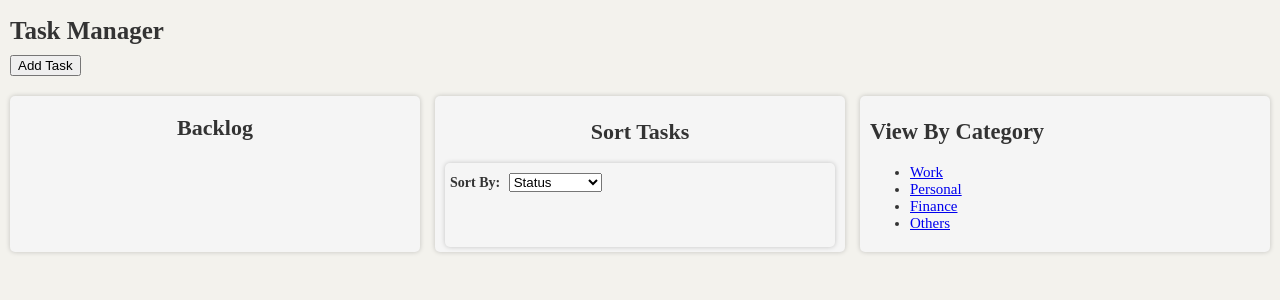
Repository: n-shen/task-tracker
Page: / (app in frontend/)
An editor plug-in stored every save of this project. The page is shown before and after the next save, followed by the edit.
The browser window is 1280 px wide. The pictures show the whole page.
The project was rebuilt for these pictures with package versions that can differ from the ones it lists, and the page was loaded fresh each time. Also part of the build but not shown: frontend/src/components/taskManager/addTask.jsx, frontend/src/components/tasks/task.jsx, frontend/src/components/taskManager/categoryTasks.jsx. Imported but missing from the stored project, and not drawn on this page: frontend/src/reportWebVitals.

Above is the page before, as saved 2023-04-20 14:15:20.

After the next save:
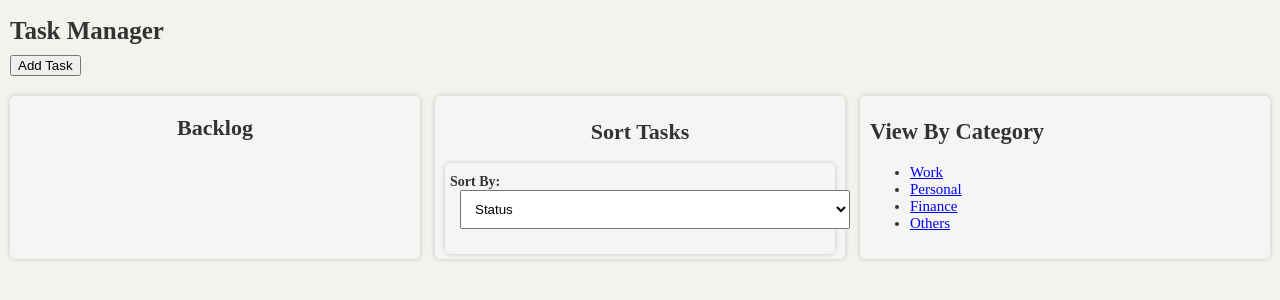
Saved 50 s later.
--- a/frontend/src/styles/sortTasks.css
+++ b/frontend/src/styles/sortTasks.css
@@ -33,3 +33,9 @@
   font-weight: 700;
   margin-right: 0.5rem;
 }
+
+select {
+  width: 100%;
+  padding: 1rem;
+  margin-left: 1rem;
+}
